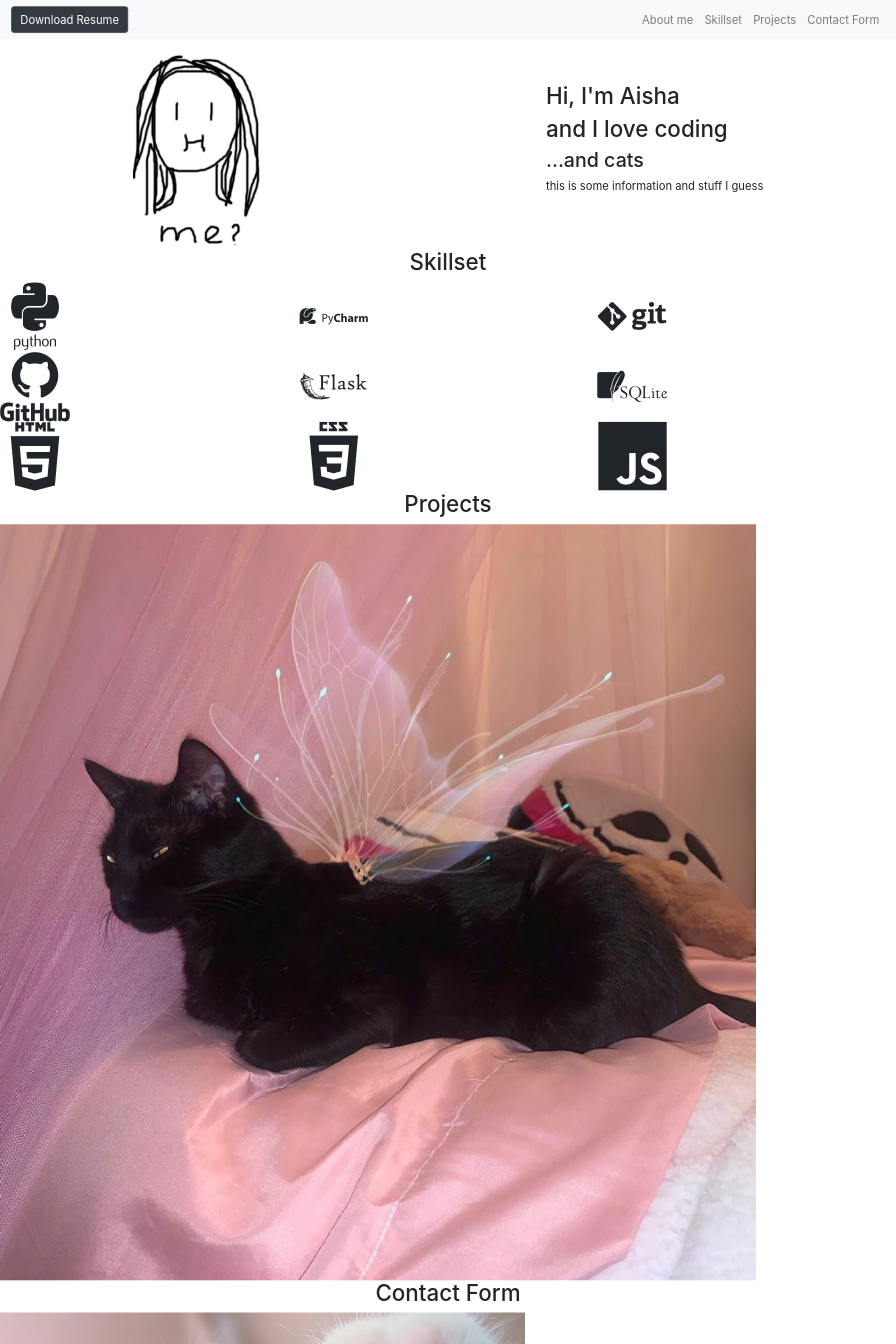
Repository: aishakapan/portfolio
Page: index.html
These files come from the project's save history. The page is drawn as it stood at one moment and after the next save; the edit follows.
The browser window is 1280 px wide. The pictures show the part of the page from y = 0 to 1920 px (the page is 2450 px tall before and 2690 px after), at 70% of full size.
Some web libraries are served in a nearby version.

Above is the page before, as saved 2022-08-19 14:39:23.

### index.html
<!DOCTYPE html>
<html lang="en">
<head>
    <meta charset="UTF-8">
    <meta http-equiv="X-UA-Compatible" content="IE=edge">
    <meta name="viewport" content="width=device-width, initial-scale=1.0">
    <!-- bootstrap links -->
    <link rel="stylesheet" href="https://cdn.jsdelivr.net/gh/devicons/devicon@v2.15.1/devicon.min.css">
    <link rel="stylesheet" href="/styles/index.css">
    <link rel="stylesheet" href="https://cdn.jsdelivr.net/npm/bootstrap@4.0.0/dist/css/bootstrap.min.css" integrity="sha384-Gn5384xqQ1aoWXA+058RXPxPg6fy4IWvTNh0E263XmFcJlSAwiGgFAW/dAiS6JXm" crossorigin="anonymous">
    <title>Aisha Kapan</title>
</head>
<body>
    <nav class="navbar sticky-top navbar-expand-lg navbar-light bg-light">
        <button class="navbar-toggler" type="button" data-toggle="collapse" data-target="#navbarToggler" aria-controls="navbarToggler" aria-expanded="false" aria-label="Toggle navigation">
            <span class="navbar-toggler-icon"></span>
        </button>
        <a class="btn btn-dark" href="#">Download Resume</a>
        <div class="collapse navbar-collapse justify-content-end" id="navbarToggler">
            <div class="navbar-nav">
                <a class="nav-item nav-link" href="#">About me</a>
                <a class="nav-item nav-link" href="#">Skillset </a>
                <a class="nav-item nav-link" href="#">Projects</a>
                <a class="nav-item nav-link" href="#">Contact Form</a>
            </div>
        </div>
    </nav>

    <main>
        <div class="about-container">
        <img src="img/temp.png" alt="my photo" class="about-item pfp">
        <article class="about-item">
            <h2>Hi, I'm Aisha</h2>
            <h2>and I love coding</h2>
            <!-- this will be changing text animation -->
            <h3>...and cats</h3>
            <p>this is some information and stuff I guess</p>
        </article>
        </div>
            <!-- bg image with a cat and hobbies  -->

        <section>
            <h2>Skillset</h2>
            <div class="skills-container">
                <i class="devicon-python-plain-wordmark"></i>
                <i class="devicon-pycharm-plain-wordmark"></i>
                <i class="devicon-git-plain-wordmark"></i>
                <i class="devicon-github-original-wordmark"></i>
                <i class="devicon-flask-original-wordmark"></i>
                <i class="devicon-sqlite-plain-wordmark"></i>
                <i class="devicon-html5-plain-wordmark"></i>
                <i class="devicon-css3-plain-wordmark"></i>
                <i class="devicon-javascript-plain"></i>
            </div>

            <!-- images/icons -->
        </section>

        <section>
            <h2>Projects</h2>
            <img src="img/temp-fairy.jpg" alt="">
            <!-- image with descriptions and links -->
        </section>

        <section>
            <h2>Contact Form</h2>
            <img src="img/temp-paws.jpg" alt="">
            <!-- First/Last name/message form directed to my e-mail-->
        </section>




    </main>
    <footer>
        Copyright 2022
    </footer>
    <script src="https://code.jquery.com/jquery-3.2.1.slim.min.js" integrity="sha384-KJ3o2DKtIkvYIK3UENzmM7KCkRr/rE9/Qpg6aAZGJwFDMVNA/GpGFF93hXpG5KkN" crossorigin="anonymous"></script>
    <script src="https://cdn.jsdelivr.net/npm/popper.js@1.12.9/dist/umd/popper.min.js" integrity="sha384-ApNbgh9B+Y1QKtv3Rn7W3mgPxhU9K/ScQsAP7hUibX39j7fakFPskvXusvfa0b4Q" crossorigin="anonymous"></script>
    <script src="https://cdn.jsdelivr.net/npm/bootstrap@4.0.0/dist/js/bootstrap.min.js" integrity="sha384-JZR6Spejh4U02d8jOt6vLEHfe/JQGiRRSQQxSfFWpi1MquVdAyjUar5+76PVCmYl" crossorigin="anonymous"></script>
  </body>
</body>
</html>

### styles/index.css
* {
    margin: 0;
    padding: 0;
}

i {
    font-size: 100px;
}

section > h2 {
    text-align: center;
}

.nav-container {
    display: flex;
    background-color: blueviolet;
    justify-content: space-between;
}


.about-container {
    display: flex;
    flex-wrap: wrap;
    justify-content: space-around;
    align-items: center;

}

.about-item {
    flex-basis: 1;
}

.skills-container {
    display: flex;
    flex-wrap: wrap;
    justify-content: space-around;
    align-items: center;
}

div>i {
    flex: 0 0 33.333%;
}

.pfp {
    max-width: 300px;
    max-height: 300px;
}

After the next save:
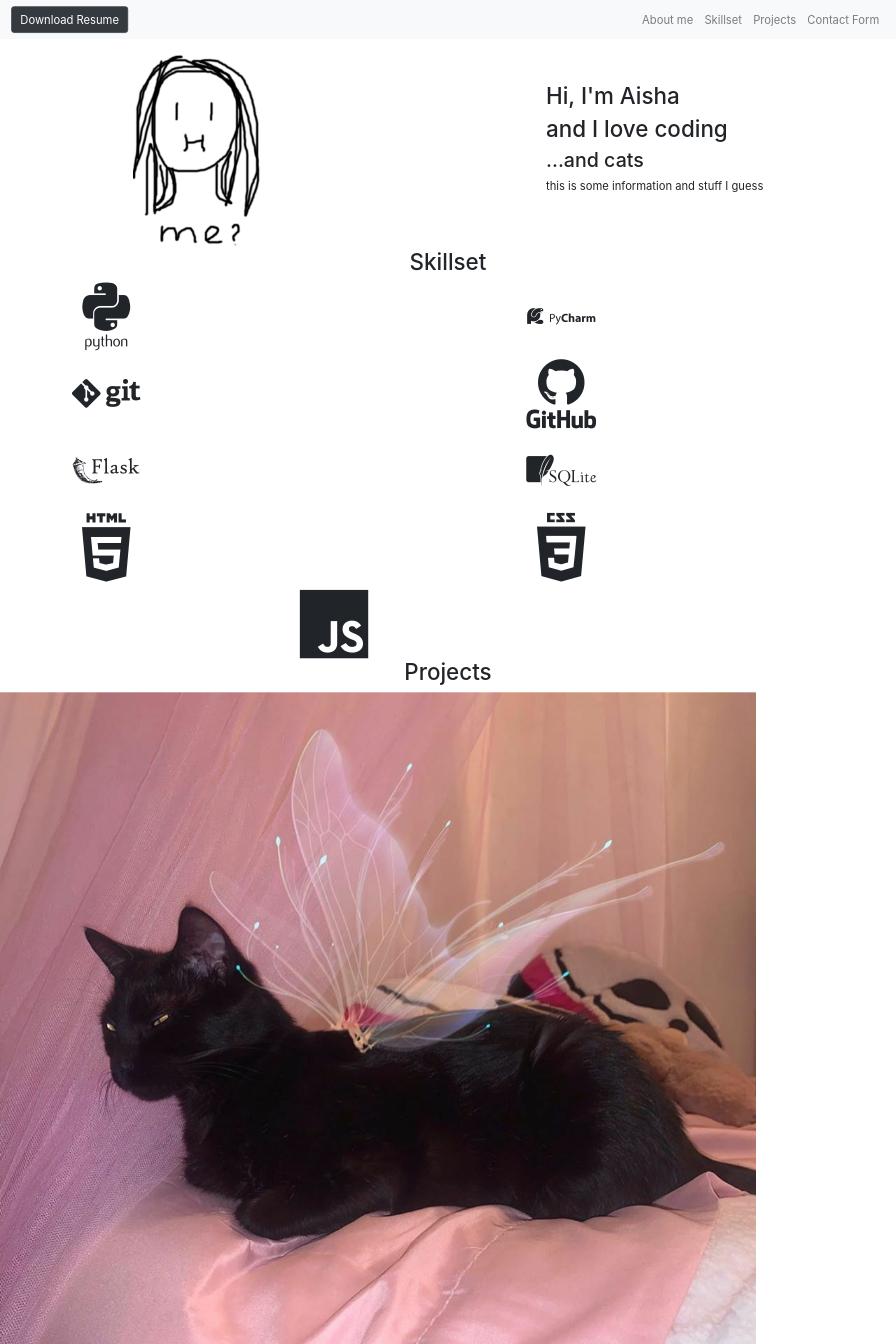
Saved 89 s later.
--- a/styles/index.css
+++ b/styles/index.css
@@ -35,6 +35,7 @@
     flex-wrap: wrap;
     justify-content: space-around;
     align-items: center;
+    gap: 10px 20px;
 }
 
 div>i {
